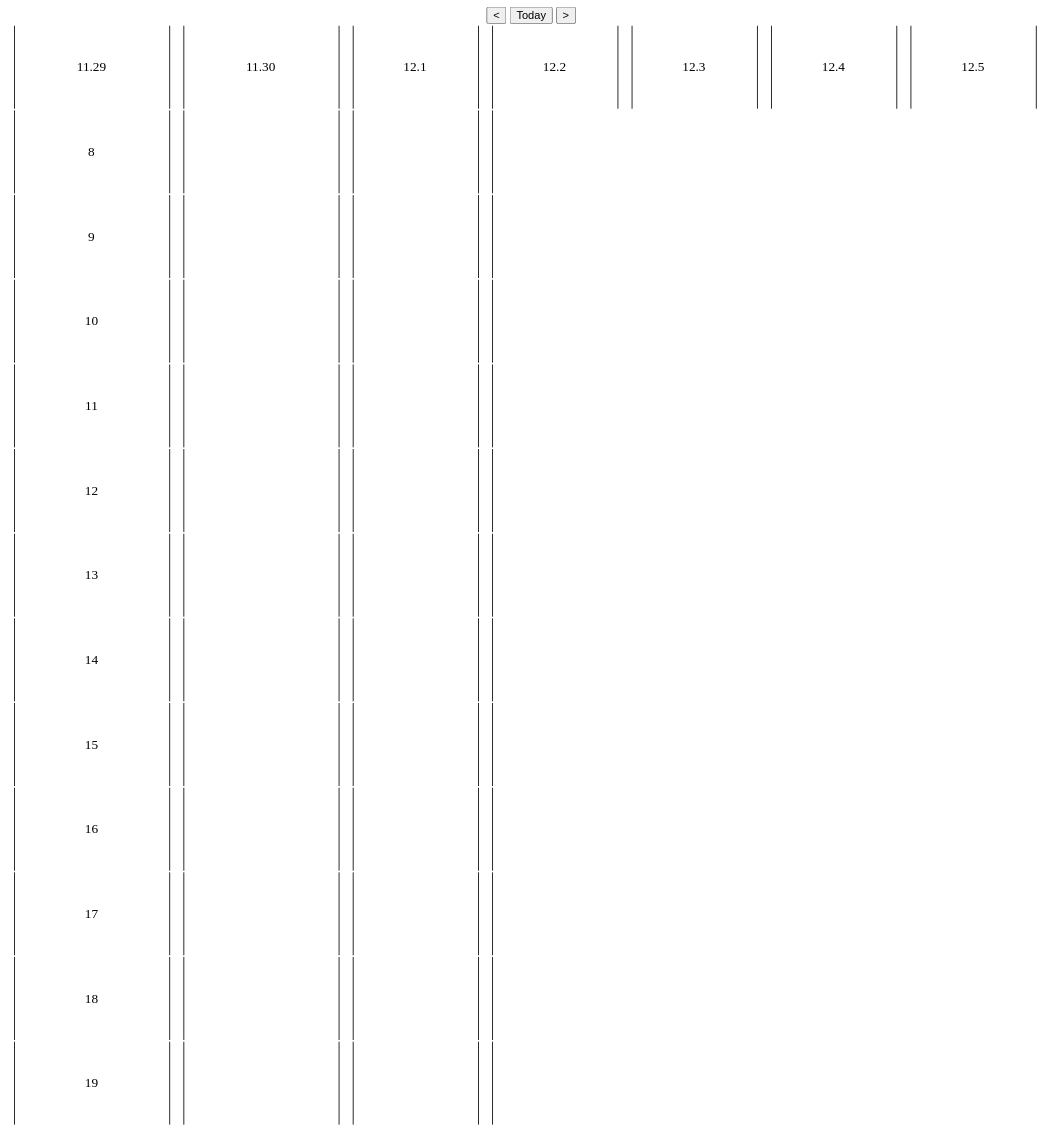
Repository: addictum/drawcalendar-1
Page: http://localhost/DrawCalendar/week.jsp
The author's editor kept a copy of each file at every save. The page is drawn from the files as they stood at one save, then again after the next save.
The browser window is 1280 px wide. The pictures show the whole page, at 83% of full size.
Some web libraries are served in a nearby version. The page is served by Tomcat 9.

Above is the page before, as saved 2020-12-07 01:07:35.

### DrawCalendar/src/main/webapp/week.jsp
<%@ page language="java" contentType="text/html; charset=UTF-8"
    pageEncoding="UTF-8" trimDirectiveWhitespaces="true" %>
<!DOCTYPE html>
<html>
<head>
<meta charset="UTF-8">
<title>Insert title here</title>
<script src="https://code.jquery.com/jquery-3.2.1.min.js"></script>
<style>
	#container {
		position: relative;
		margin: 0 auto;
		max-width: 1250px;
		text-align: center;
	}

	table {
		position: relative;
		border: border-box;
		width: 1250px;
		margi: 0 auto;
		box-sizing: border-box;
	}

	tr {
		height: 100px;
	}

	th, td {
		width: 1250/7px;
		border-left: 1px solid black;
	}
</style>
</head>
<body>
<div id="container">
	<div class="nav">
				<button class="nav-btn go-prev" onclick="prevWeek()">&lt;</button>
				<button class="nav-btn go-today" onclick="goToday()">Today</button>
				<button class="nav-btn go-next" onclick="nextWeek()">&gt;</button>
	</div>
	<div class="week">
		<table class="weekTable">
			<tr class=tableHead></tr>

		</table>
	</div>
</div>
<script>

	let date = new Date();

	const renderWeek = () => {
		const thisYear = date.getFullYear();
		const thisMonth = date.getMonth();
		const thisDate = date.getDate();
		const thisDay = date.getDay();

		const preLast = new Date(thisYear, thisMonth, 0);
		const thisLast = new Date(thisYear, thisMonth+1, 0);
		const nextLast = new Date(thisYear, thisMonth+2, 0);

		const preMonth = preLast.getMonth()+1;
		const nextMonth = nextLast.getMonth()+1;

		const PLDate = preLast.getDate();
		const TLDate = thisLast.getDate();
		const NLDate = nextLast.getDate();

		const weekStart = new Date(thisYear, thisMonth, thisDate-thisDay);
		const weekEnd = new Date(thisYear, thisMonth, thisDate + (6-thisDay));

		const startDate = weekStart.getDate();
		const endDate = weekEnd.getDate();
		const startMonth = weekStart.getMonth()+1;

		const weekDate = [];

		if(endDate < 7) {
			if(startMonth !== thisMonth+1){
				for(let i = startDate; i < PLDate+1; i++){
					weekDate.push(preMonth+'.'+i);
				}
				for(let i = 1; 1 < 7-weekDate.length+1; i ++){
					weekDate.push((thisMonth+1)+'.'+i);
				}
			}
			if(startMonth === thisMonth+1) {
				for(let i = startDate; i < TLDate+1; i++){
					weekDate.push((thisMonth+1)+'.'+i);
				}
				for(let i = 1; 1 < 7-weekDate.length+1; i ++){
					weekDate.push(nextMonth+'.'+i);
				}
			}

		}

		if(startDate >= 1 && startDate < TLDate-6 ){
			for(let i = startDate; 1 < 7-weekDate.length+1; i ++){
				weekDate.push((thisMonth+1)+'.'+i);
			}
		}

		weekDate.forEach((date, i) => {
			var spDate = date.split('.');
			weekDate[i] = '<td class="date">' + date + '<td>';
		})

		var html = '';
		for(let i = 8; i < 20; i++) {
			html += '<tr><td class="'+i+'" >'+i+'</td>'
			for(let i = 0; i < 6; i++) {
				html += '<td></td>'
			}
			html += '</tr>'
		}
		console.log(html);

		document.querySelector('.tableHead').innerHTML = weekDate.join('');
		$('.weekTable').append(html);
	}
	renderWeek();

	const prevWeek = () => {
		date.setDate(date.getDate()-7);
		renderWeek();
	}

	const nextWeek = () => {
		date.setDate(date.getDate()+7);
		renderWeek();
	}

	const goToday = () => {
		date = new Date();
		renderWeek();
	}


</script>
</body>
</html>

After the next save:
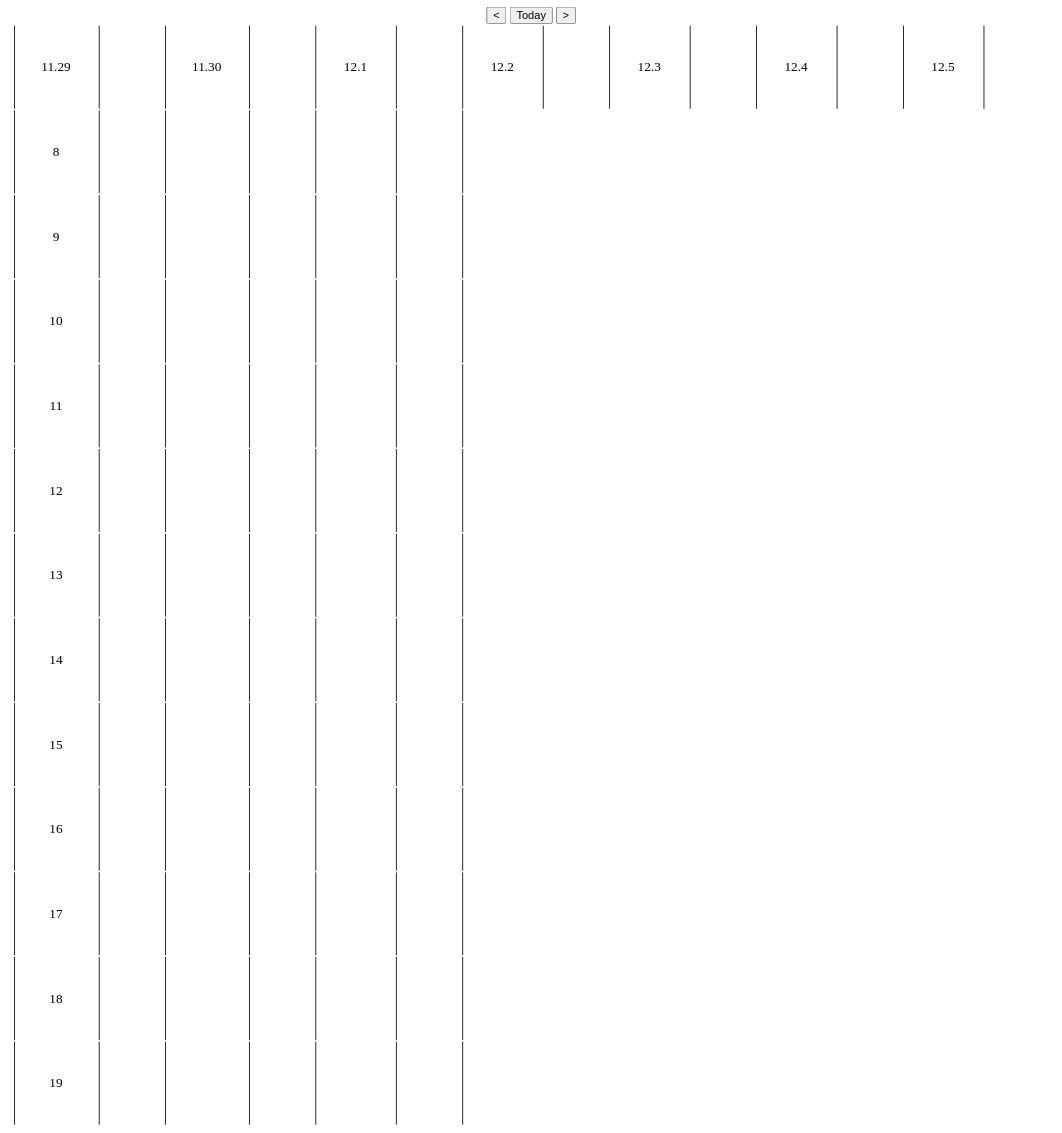
Saved 24 s later.
--- a/DrawCalendar/src/main/webapp/week.jsp
+++ b/DrawCalendar/src/main/webapp/week.jsp
@@ -27,7 +27,7 @@
 	}
 
 	th, td {
-		width: 1250/7px;
+		width: 200px;
 		border-left: 1px solid black;
 	}
 </style>

After the save that followed:
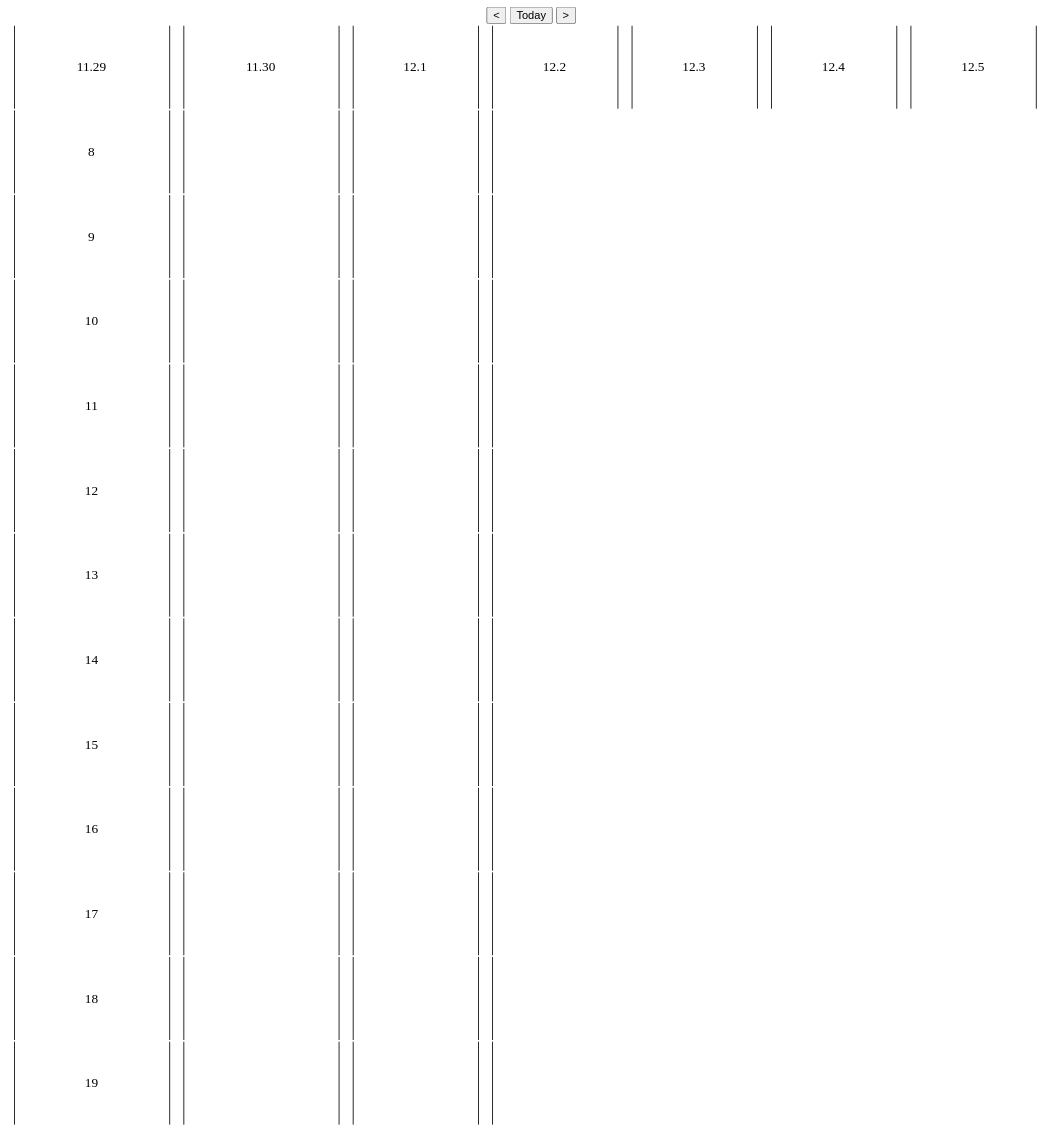
Saved 11 s later.
--- a/DrawCalendar/src/main/webapp/week.jsp
+++ b/DrawCalendar/src/main/webapp/week.jsp
@@ -27,7 +27,7 @@
 	}
 
 	th, td {
-		width: 200px;
+		width: 1250/7px;
 		border-left: 1px solid black;
 	}
 </style>
